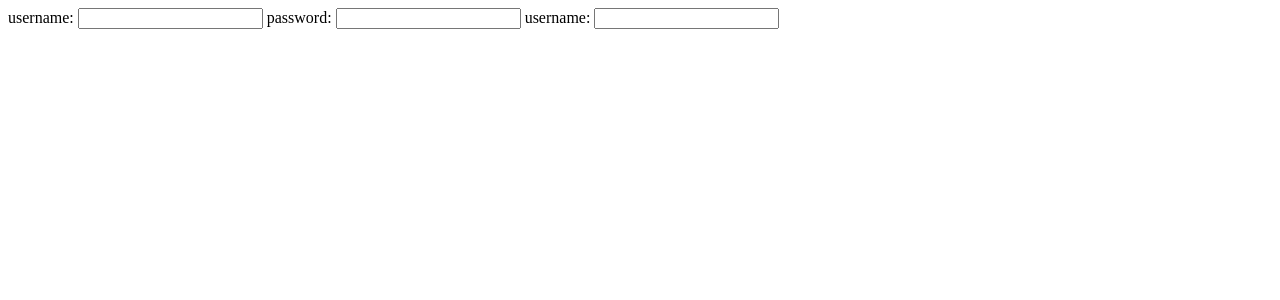
Repository: callgp/bt_servlet_jsp_jdbc
Page: http://localhost/FormBasedWebSecurity/Login.jsp
An editor plug-in stored every save of this project. The page is shown before and after the next save, followed by the edit.
The browser window is 1280 px wide. The pictures show the whole page.
The page is served by Tomcat 9. Nobody is signed in. The application's start-up code is not run.

Above is the page before, as saved 2020-07-13 03:31:54.

After the next save:
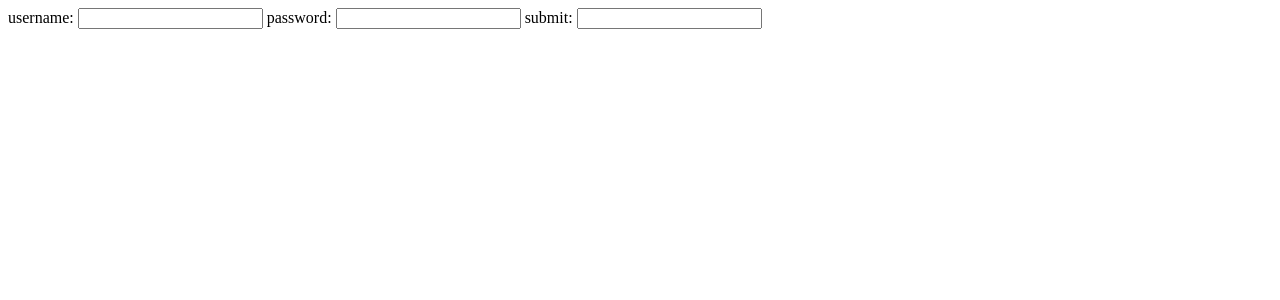
Saved 20 s later.
--- a/FormBasedWebSecurity/WebContent/Login.jsp
+++ b/FormBasedWebSecurity/WebContent/Login.jsp
@@ -11,6 +11,6 @@
 <form action="j_security_check" method="post"/>
 username: <input name="j_username"/>
 password: <input name="j_password"/>
-username: <input name="j_username"/>
+submit: <input name="submit"/>
 </body>
 </html>
